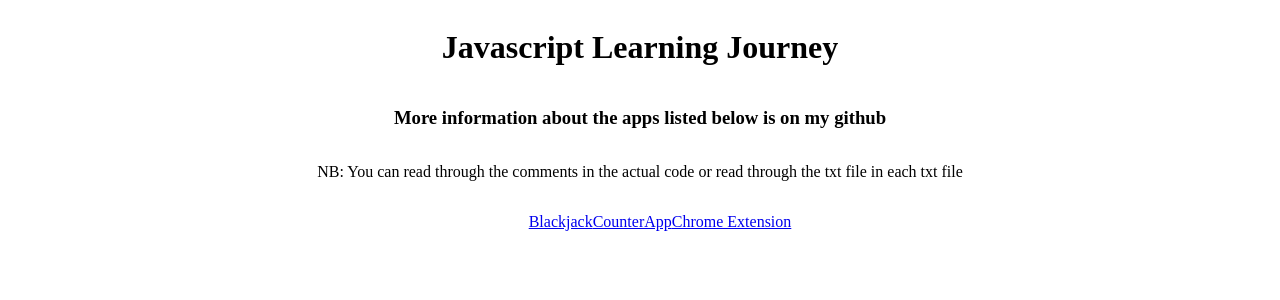
Repository: Siphamandla201/Javascript-Journey
Page: index.html
An editor plug-in stored every save of this project. The page is shown before and after a run of saves, followed by the edit.
The browser window is 1280 px wide. The pictures show the whole page.

Above is the page before, as saved 2023-07-27 16:19:29.

### index.html
<!DOCTYPE html>
<html lang="en">
<head>
    <meta charset="UTF-8">
    <meta name="viewport" content="width=device-width, initial-scale=1.0">
    <link rel="stylesheet" href="style.css">
    <title>Document</title>
</head>
<body>
    <h1>
        Javascript Learning Journey
    </h1>
    <h3>
        More information about the apps listed below is on my github
    </h3>
    <p>NB: You can read through the comments in the actual code or read through the txt file in each txt file</p>
    <ul class="game-links">
        <li><a href="./Blackjack/Blackjack.html">Blackjack</a></li>
        <li><a href="./CounterApp/Counter.html">CounterApp</a></li>
        <li><a href="./Extension/Index.html">Chrome Extension</a></li>
    </ul>
</body>
</html>

### style.css
body {
    display: flex;
    flex-direction: column;
    align-items: center;
    justify-content: center;
}

.game-links {
    display: flex;
    list-style: none;
}

li {
    text-decoration: none;
    color: black;
}

After the next 3 saves:
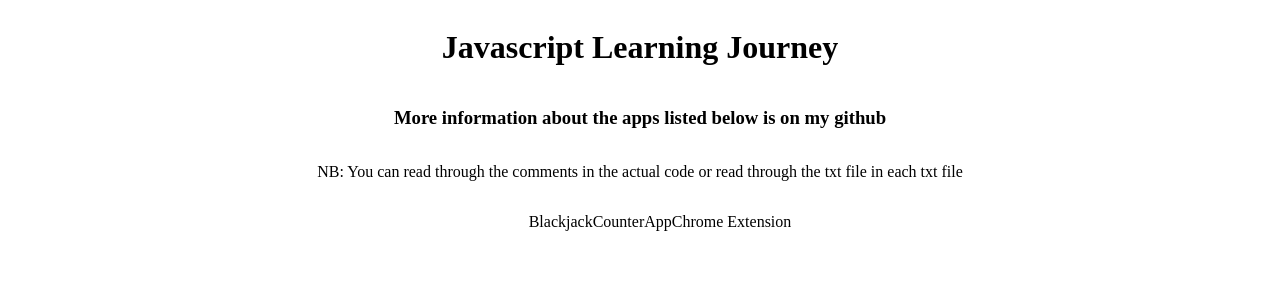
The 3 saves are shown as one change because they came seconds apart.
The last was saved 9 s later.
--- a/style.css
+++ b/style.css
@@ -10,7 +10,7 @@ body {
     list-style: none;
 }
 
-li {
+li > a {
     text-decoration: none;
     color: black;
 }
